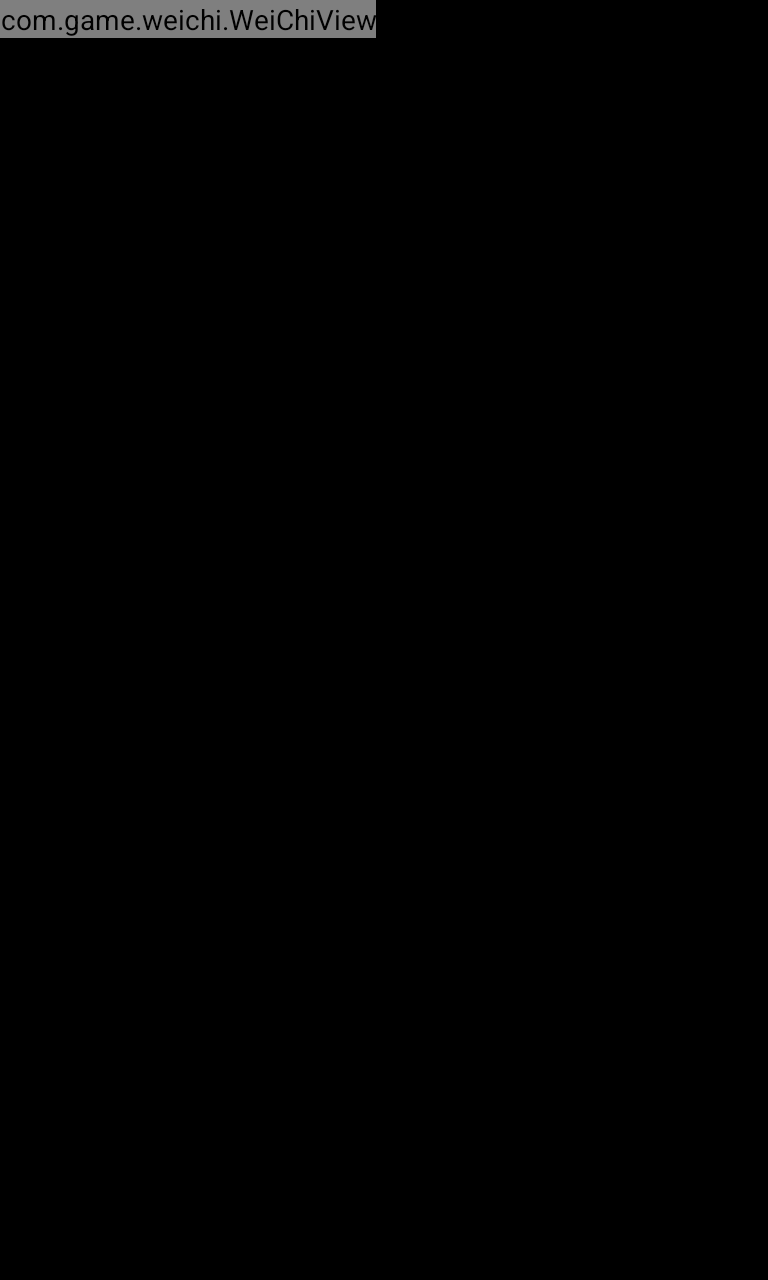
Repository: gulingithub/WeiChi
Layout: WeiChi/res/layout/main.xml
These files come from the project's save history. The layout is drawn as it stood at one moment and after the next save; the edit follows.
Pictures or frames that could not be fetched are drawn as grey boxes. It is drawn on a 768 x 1280 px phone screen (xhdpi) without system bars, with theme android:Theme; the app's code is not run.

Above is the layout before, as saved 2009-11-02 00:45:41.

### WeiChi/res/layout/main.xml
<?xml version="1.0" encoding="utf-8"?>
<LinearLayout xmlns:android="http://schemas.android.com/apk/res/android"
    android:orientation="vertical"
    android:layout_width="wrap_content"
    android:layout_height="wrap_content">

      <LinearLayout
	android:orientation="horizontal"
	android:layout_width="wrap_content"
	android:layout_height="wrap_content"
	android:layout_weight="1">


     <com.game.weichi.WeiChiView android:id="@+id/wcview"
		android:layout_width="wrap_content"
        android:layout_height="wrap_content"
        android:text="aaaaa" tileSize="24" />


    </LinearLayout>
      <LinearLayout
	android:orientation="horizontal"
	android:layout_width="wrap_content"
	android:layout_height="wrap_content"
   >



  </LinearLayout>



</LinearLayout>

After the next save:
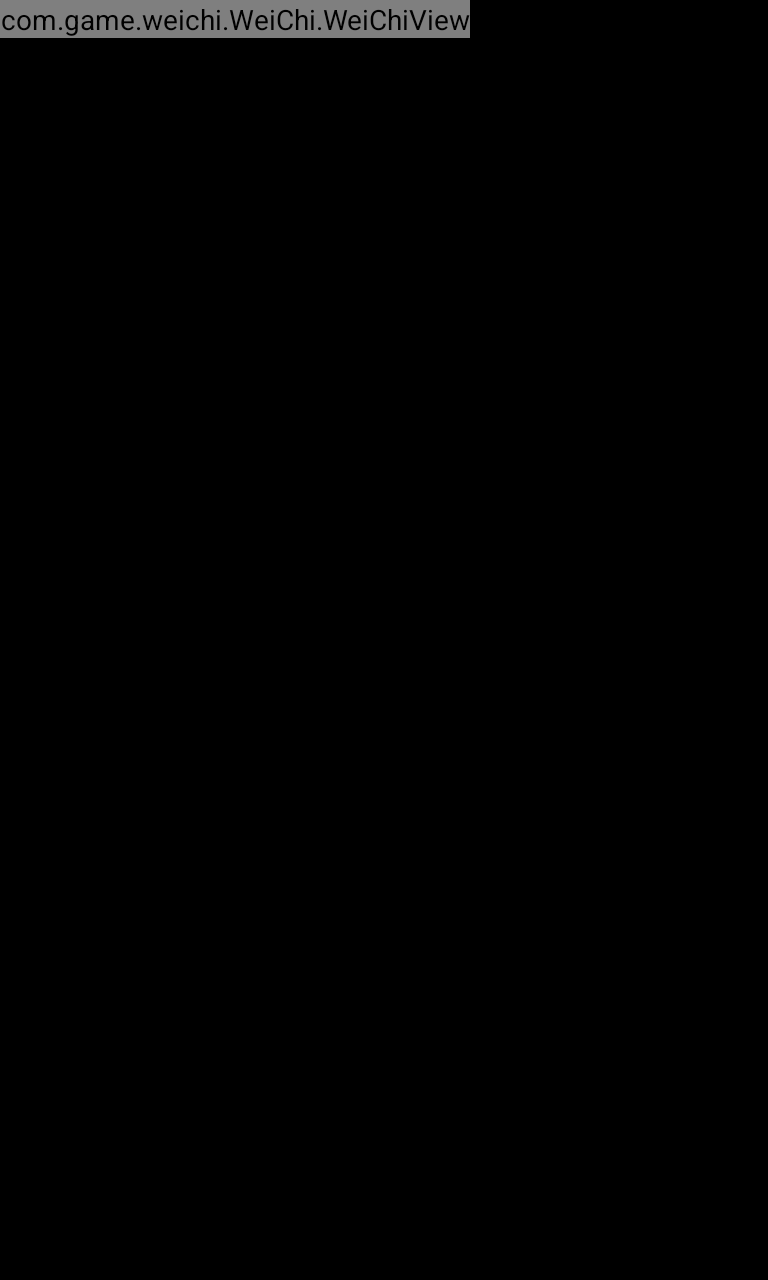
Saved 10 min 17 s later.
--- a/WeiChi/res/layout/main.xml
+++ b/WeiChi/res/layout/main.xml
@@ -11,7 +11,7 @@
 	android:layout_weight="1">
 
 
-     <com.game.weichi.WeiChiView android:id="@+id/wcview"
+     <com.game.weichi.WeiChi.WeiChiView android:id="@+id/wcview"
 		android:layout_width="wrap_content"
         android:layout_height="wrap_content"
         android:text="aaaaa" tileSize="24" />
